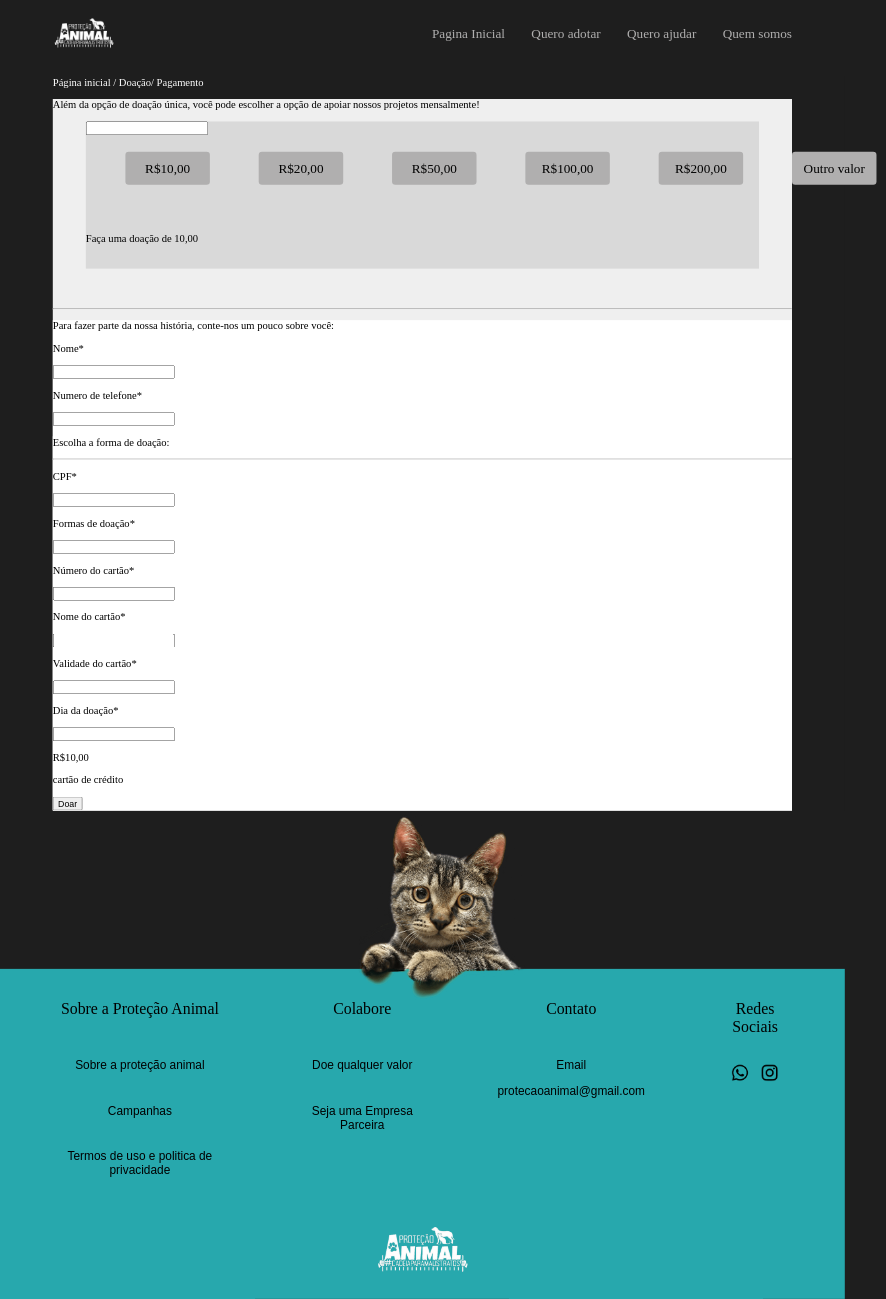
Repository: edjunior-nascimento/protecao-animal-web
Page: src/pages/formulario-doacao/index.html
These files come from the project's save history. The page is drawn as it stood at one moment and after a run of saves; the edit follows.
The browser window is 1280 px wide. The page is 1342 px wide, so the pictures cover 1342 px, including what lies to the right of the window. The pictures show the whole page, at 66% of full size.

Above is the page before, as saved 2025-03-06 03:38:28.

### src/pages/formulario-doacao/index.html
<!DOCTYPE html>
<html lang="pt">

<head>
    <meta charset="UTF-8">
    <meta name="viewport" content="width=device-width, initial-scale=1.0">
    <title>Proteção Animal</title>
    <link rel="preconnect" href="https://fonts.googleapis.com" />
    <link rel="preconnect" href="https://fonts.gstatic.com" crossorigin />
    <meta name="viewport" content="width=device-width, initial-scale=1.0" />
    <link rel="stylesheet" href="./style.css" />
    <link>
</head>

<body>
    <header>
        <div><img class="logo" src="/src/pages/images/logo.png" alt="logo Protecao animal" /></div>
        <nav>
            <ul>
                <li>
                    <a href="#">
                        <p>Pagina Inicial</p>
                    </a>
                </li>
                <li>
                    <a href="#">
                        <p>Quero adotar</p>
                    </a>
                </li>
                <li>
                    <a href="#">
                        <p>Quero ajudar</p>
                    </a>
                </li>
                <li>
                    <a href="#">
                        <p>Quem somos</p>
                    </a>
                </li>
            </ul>
        </nav>
    </header>
    <main>
        <div class="title">
            <p>Página inicial / Doação/ Pagamento</p>
        </div>
        <div class="container">
            <div class="sub-title">
                <p>Além da opção de doação única, você pode escolher a opção de apoiar nossos projetos mensalmente!
                </p>
            </div>
            <div class="valor">
                <div class="cota">
                    <input type="text">
                </div>
                <nav class="cota-inicial">
                    <ul>
                        <li>
                            <a href="#">R$10,00</a></a>
                        </li>
                        <li>
                            <a href="#">R$20,00</a>
                        </li>
                        <li>
                            <a href="#">R$50,00</a>
                        </li>
                        <li>
                            <a href="#">R$100,00</a>
                        </li>
                        <li>
                            <a href="#">R$200,00</a>
                        </li>
                        <li>
                            <a href="#">Outro valor</a>
                        </li>
                    </ul>
                </nav>
                <div class="res"><span>Faça uma doação de 10,00</span>
                </div>
            </div>
            <hr class="pri-line">
            <div class="card">
                <div class="sub-title">
                    <p>Para fazer parte da nossa história, conte-nos um pouco sobre você:</p>
                </div>
                <div class="dados">
                    <form action="/send" method="post" target="_blank">
                        <label>
                            <p>Nome<span class="ast">*</span></p>
                            <input type="text" name="Nome" id="Nome*">
                        </label>
                        <label>
                            <p>Numero de telefone<span class="ast">*</span></p>
                            <input type="text" name="telefone" id="telefone">
                        </label>
                    </form>
                </div>
                <div class="card">
                    <div class="sub-title">
                        <p>Escolha a forma de doação:</p>
                    </div>
                    <hr>
                    <form action="/send" method="post" target="_blank">
                        <label>
                            <p>CPF<span>*</span></p>
                            <input type="number" name="cpf" id="cpf">
                        </label>
                        <label>
                            <p>Formas de doação<span>*</span></p>
                            <input type="text" name="forme-doacao" id="forme-doacao"></p>
                        </label>
                        <label>
                            <p>Número do cartão<span>*</span></p>
                            <input type="number" name="cartao" id="cartao">
                        </label>
                        <label>
                            <p>Nome do cartão<span>*</span></p>
                            <input type="text" name="nome-cartao" id="nome-cartao">
                        </label>
                        <label>
                            <p>Validade do cartão<span>*</span></p>
                            <input type="text" name="" id="">
                        </label>
                        <label>
                            <p>Dia da doação<span>*</span></p>
                            <input type="number" name="data" id="data">
                        </label>
                    </form>
                    <div class="resultado">
                        <div class="retorno">
                            <div class="res/doacao">
                                <p>R$10,00</p>
                            </div>
                            <div class="forma/pagamento">
                                <p>cartão de crédito</p>
                            </div>
                        </div>
                        <button>Doar</button>
                    </div>
                </div>
            </div>
        </div>
    </main>
    <div class="gato"><img src="/src/pages/images/gato.png" alt=""></div>
    <footer>
        <div class="footer-container">
            <div class="footer-primary">
                <div class="footer-section-1">
                    <div>
                        <h4>Sobre a Proteção Animal</h4>
                    </div>
                    <div>
                        <p><a href="">Sobre a proteção animal</a></p>
                    </div>
                    <div>
                        <p><a href="">Campanhas</a></p>
                    </div>
                    <div>
                        <p><a href="">Termos de uso e politica de privacidade</a></p>
                    </div>
                </div>
                <div class="footer-section-2">
                    <div>
                        <h4>Colabore</h4>
                    </div>
                    <div>
                        <p><a href="">Doe qualquer valor</a></p>
                    </div>
                    <div>
                        <p><a href="">Seja uma Empresa Parceira</a></p>
                    </div>
                </div>
                <div class="footer-section-3">
                    <div>
                        <h4>Contato</h4>
                    </div>
                    <div>
                        <p>Email</p>
                        <p><a href="mailto:protecaoanimal@gmail.com">protecaoanimal@gmail.com</a></p>
                    </div>
                </div>
                <div class="footer-section-4">
                    <div>
                        <h4>Redes Sociais</h4>
                    </div>
                    <div class="social-icons">
                        <div>
                            <a href=""><img src="/src/pages/images/whatsAppIcon.png" alt="" /></a>
                        </div>
                        <div>
                            <a href=""><img src="/src/pages/images/instagramIcon.png" alt="" /></a>
                        </div>
                    </div>
                </div>
            </div>
        </div>
        <div class="footer-secondary">
            <img src="/src/pages/images/logo.png" alt="" />
        </div>
    </footer>
</body>

</html>

### src/pages/formulario-doacao/style.css
:root {
    --main-bg-color: #1e1e1e;
    --title-color: #27a8ad;
    --subtitle-color: #ffffff;
    --box-color: #ffffff;
    --link-nav-color: #ffffff;
    --card-title-color: #27a8ad;
    --footer-background: #27a8ad;
    --footer-font-color: #000000;
    --maim-color: #EFEFEF;
    --card-nav-color:#D9D9D9;
    --nav-valor:#B0AFAF;
  }
  body {
    height: max-content;
    font-family: "Jockey One", serif;
    font-style: normal;
    margin: 0px;
    padding: 0px;
    background-color: var(--main-bg-color);
  }

  a {
    text-decoration: none;
  }

  header {
    height: 100px;
    display: flex;
    flex-direction: row;
    justify-content: space-between;
    padding-inline: 80px
  }
  header div {
    display: flex;
    align-items: center;
  }
  .logo {
    height: 95px;
    width: auto;
  }
  nav {
    width: auto;
    height: 100px;
    display: flex;
    align-items: center;
  }
  nav ul {
    list-style-type: none;
    display: flex;
    gap: 40px;
  }
  nav ul li a {
    color: var(--nav-valor);
    font-size: 20px;
    background-color: var(--card-nav-color);
  }


main {
  background-color:var(--main-bg-color) ;
  padding-left: 80px;
  padding-right: 80px;
}
.cota-inicial a {
  color: var(--footer-font-color);
  width: 128px;
  height: 50px;
  display: inline-block;
  text-align: center;
  line-height: 50px;
  background-color: var(--nav-valor);
  margin-left: 20px;
  border-radius: 5px;
}
.cota-inicial li {
  height: 50px;
  width: 162px;
}
.cota-inicial li :hover {
  background-color: var(--footer-background);
  color: var(--box-color);
}
.res {
  margin-top: 48px;
  padding-bottom: 36px;
}
  .pri-line {
    margin-top: 60px;
  }
.container {
  background-color: var(--maim-color);
}
.title {
  color: var(--subtitle-color);
}
.valor {
  margin-left: 50px;
  margin-right: 50px;
  background-color: var(--card-nav-color);
}
.valor nav {
  width: 100%;
}
.card {
  background-color: var(--box-color);
}




  .gato {
    margin-left: 42%;
    margin-bottom: -25px;
    height: 265px;
    max-width: auto;}

  footer {
    height: 500px;
    max-height: auto;
    background-color: var(--footer-background);
    padding-inline: 80px;
  }

  .footer-container {
      width: auto;
      height: 70%;
      display: flex;
      align-items: center;
      justify-content: center;
  }

  .footer-primary {
    display: flex;
    flex-direction: row;
    gap: 111px;
    align-items: flex-start;
    justify-content: center;
  }

  .footer-primary p a {
      color: var(--footer-font-color);
      font-family: "Arial", sans-serif;
  }

  .footer-primary h4 {
    font-size: 24px;
    font-weight: 400;
  }

  .footer-primary p {
      font-size: 18px;
      font-weight: 400;
      font-family: "Arial", sans-serif;
  }

  .footer-secondary {
    width: auto;
    height: 30%;
    display: flex;
    align-items: center;
    justify-content: center;
  }

  .footer-secondary img {
      height: 145px;
      width: auto
  }

  .footer-section-1, .footer-section-2, .footer-section-3, .footer-section-4 {
      display: flex;
      flex-direction: column;
      text-align: center;
      gap: 12px;
  }

  .footer-section-4 {
      align-items: center;
  }

  .social-icons {
      display: flex;
      flex-direction: row;
      gap: 20px;
  }

After the next 2 saves:
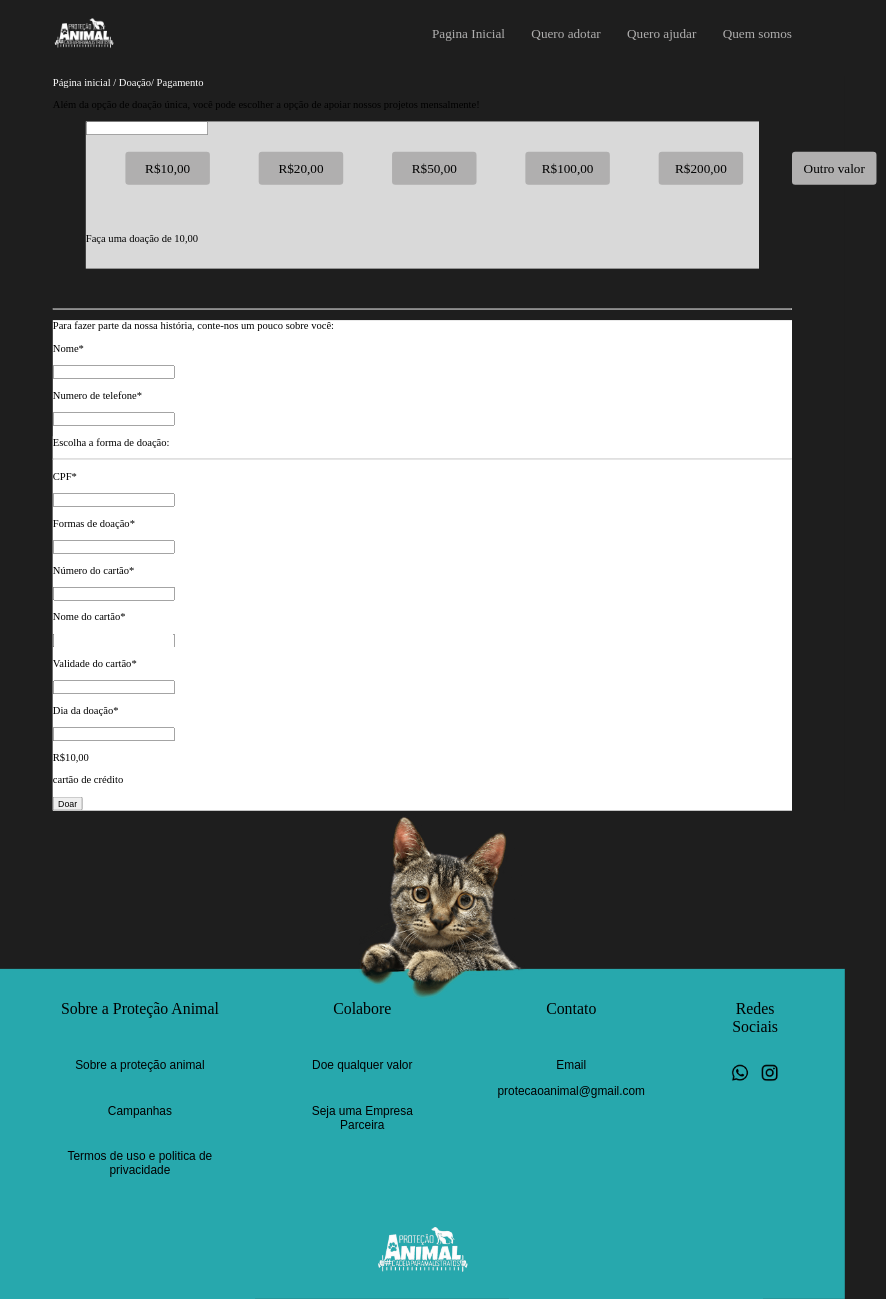
The 2 saves are shown as one change because they came seconds apart.
The last was saved 12 s later.
--- a/src/pages/formulario-doacao/style.css
+++ b/src/pages/formulario-doacao/style.css
@@ -88,6 +88,7 @@
   .pri-line {
     margin-top: 60px;
   }
+  .card
 .container {
   background-color: var(--maim-color);
 }

After the save that followed:
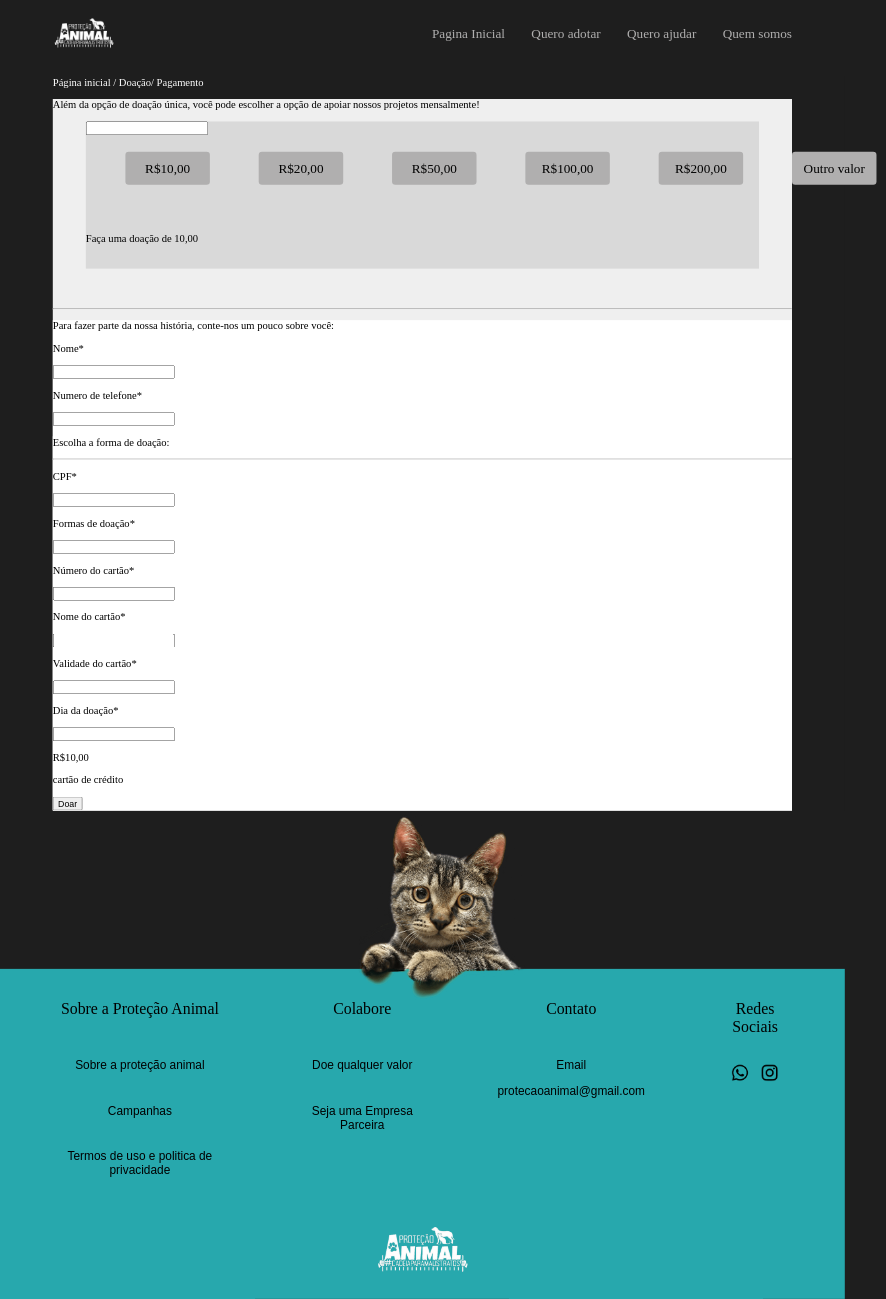
Saved 5 s later.
--- a/src/pages/formulario-doacao/style.css
+++ b/src/pages/formulario-doacao/style.css
@@ -88,7 +88,9 @@
   .pri-line {
     margin-top: 60px;
   }
-  .card
+  .card {
+
+  }
 .container {
   background-color: var(--maim-color);
 }
